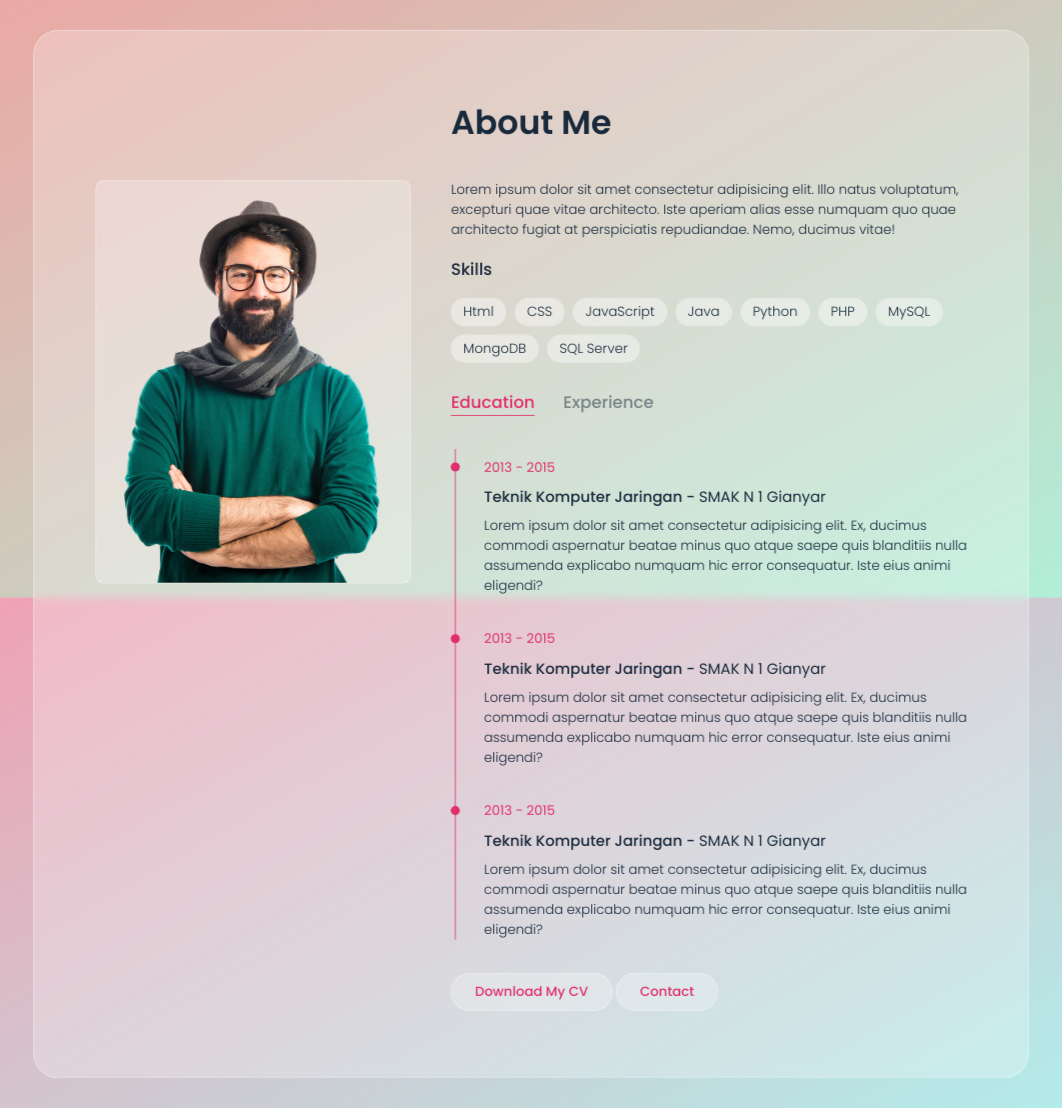
Repository: dewaary/Glassmorp-me
Page: index.html
An editor plug-in stored every save of this project. The page is shown before and after the next save, followed by the edit.
The browser window is 1280 px wide. The pictures show the whole page, at 83% of full size.
Backgrounds fixed to the window are drawn as part of the page.

Above is the page before, as saved 2021-05-25 23:20:43.
Not found: js/script,js

### index.html
<!DOCTYPE html>
<html lang="en">

<head>
    <meta charset="UTF-8">
    <meta http-equiv="X-UA-Compatible" content="IE=edge">
    <meta name="viewport" content="width=device-width, initial-scale=1.0">
    <link rel="stylesheet" href="style.css">
    <title>Document</title>
</head>

<body>
    <div class="main">
        <section class="home-section align-items-center hidden">
            <div class="container">
                <div class="row align-items-center">
                    <div class="home-text">
                        <p>Hello, I'm</p>
                        <h1>Dewa Ari</h1>
                        <h2>Full-Stack Web Developer</h2>
                        <a href="#" class="btn">more about me</a>
                        <a href="#" class="btn">portfolio</a>
                    </div>
                    <div class="home-img">
                        <div class="img-box">
                            <img src="img/profile-img.png" alt="profile-img">
                        </div>
                    </div>
                </div>
            </div>
        </section>

        <!-- About Section -->
        <section class="about-section sec-padding">
            <div class="container">
                <div class="row">
                    <div class="section-title">
                        <h2>About me</h2>
                    </div>
                </div>
                <div class="row">
                    <div class="about-img">
                        <div class="img-box">
                            <img src="img/about-img.png" alt="About Image">
                        </div>
                    </div>
                    <div class="about-text">
                        <p>Lorem ipsum dolor sit amet consectetur adipisicing elit. Illo natus voluptatum, excepturi
                            quae vitae architecto. Iste aperiam alias esse numquam quo quae architecto fugiat at
                            perspiciatis repudiandae. Nemo, ducimus vitae!</p>
                        <h3>Skills</h3>
                        <div class="skills">
                            <div class="skill-item">Html</div>
                            <div class="skill-item">CSS</div>
                            <div class="skill-item">JavaScript</div>
                            <div class="skill-item">Java</div>
                            <div class="skill-item">Python</div>
                            <div class="skill-item">PHP</div>
                            <div class="skill-item">MySQL</div>
                            <div class="skill-item">MongoDB</div>
                            <div class="skill-item">SQL Server</div>
                        </div>

                        <div class="about-tabs">
                            <button type="button" class="tab-item active" data-target="#education">Education</button>
                            <button type="button" class="tab-item" data-target="#experience">Experience</button>
                        </div>
                        <!-- Education Start -->
                        <div class="tab-content active" id="education">
                            <div class="timeline">
                                <div class="timeline-item">
                                    <span class="date">2013 - 2015</span>
                                    <h4>Teknik Komputer Jaringan - <span>SMAK N 1 Gianyar</span></h4>
                                    <p>Lorem ipsum dolor sit amet consectetur adipisicing elit. Ex, ducimus commodi
                                        aspernatur beatae minus quo atque saepe quis blanditiis nulla assumenda
                                        explicabo numquam hic error consequatur. Iste eius animi eligendi?</p>
                                </div>
                                <div class="timeline-item">
                                    <span class="date">2013 - 2015</span>
                                    <h4>Teknik Komputer Jaringan - <span>SMAK N 1 Gianyar</span></h4>
                                    <p>Lorem ipsum dolor sit amet consectetur adipisicing elit. Ex, ducimus commodi
                                        aspernatur beatae minus quo atque saepe quis blanditiis nulla assumenda
                                        explicabo numquam hic error consequatur. Iste eius animi eligendi?</p>
                                </div>
                                <div class="timeline-item">
                                    <span class="date">2013 - 2015</span>
                                    <h4>Teknik Komputer Jaringan - <span>SMAK N 1 Gianyar</span></h4>
                                    <p>Lorem ipsum dolor sit amet consectetur adipisicing elit. Ex, ducimus commodi
                                        aspernatur beatae minus quo atque saepe quis blanditiis nulla assumenda
                                        explicabo numquam hic error consequatur. Iste eius animi eligendi?</p>
                                </div>
                            </div>
                        </div>
                        <!-- Education End -->


                        <!-- Experince Start -->
                        <div class="tab-content" id="experience">
                            <div class="timeline">
                                <div class="timeline-item">
                                    <span class="date">2013 - 2016</span>
                                    <h4>Web Developer - <span>The Web Shala</span></h4>
                                    <p>Lorem ipsum dolor sit amet consectetur adipisicing elit. Et blanditiis,
                                        voluptates eum quibusdam voluptatibus sed accusamus officia iusto rem, esse
                                        harum ipsum suscipit eos assumenda nulla enim distinctio nostrum tempora!</p>
                                </div>
                                <div class="timeline-item">
                                    <span class="date">2013 - 2016</span>
                                    <h4>Web Developer - <span>The Web Shala</span></h4>
                                    <p>Lorem ipsum dolor sit amet consectetur adipisicing elit. Et blanditiis,
                                        voluptates eum quibusdam voluptatibus sed accusamus officia iusto rem, esse
                                        harum ipsum suscipit eos assumenda nulla enim distinctio nostrum tempora!</p>
                                </div>
                                <div class="timeline-item">
                                    <span class="date">2013 - 2016</span>
                                    <h4>Web Developer - <span>The Web Shala</span></h4>
                                    <p>Lorem ipsum dolor sit amet consectetur adipisicing elit. Et blanditiis,
                                        voluptates eum quibusdam voluptatibus sed accusamus officia iusto rem, esse
                                        harum ipsum suscipit eos assumenda nulla enim distinctio nostrum tempora!</p>
                                </div>

                            </div>
                        </div>

                        <!-- Experience End -->
                        <a href="#" class="btn">Download my CV</a>
                        <a href="#" class="btn">Contact</a>

                    </div>
                </div>
            </div>
        </section>

    </div>
    <script src="js/script,js"></script>
</body>

</html>

### style.css
/* Fonts */
@import url("https://fonts.googleapis.com/css2?family=Poppins:wght@300;400;500;600;700&display=swap");

/* Variables */

:root {
  --main-color: #e02f6b;
  --blue: #0000ff;
  --blue-dark: #18293c;
  --orange: #ffa500;
  --green-yellow: #cddc39;
  --pink-light: #efa2b4;
  --cyan-light: #aef1ee;
  --white: #ffffff;
  --white-alpha-40: rgba(255, 255, 255, 0.4);
  --white-alpha-25: rgba(255, 255, 255, 0.25);
  --backdrop-filter-blur: blur(5px);
}

* {
  box-sizing: border-box;
  padding: 0;
  margin: 0;
  outline: none;
}

::before,
::after {
  box-sizing: border-box;
}

body {
  min-height: 100vh;
  background-image: linear-gradient(
    to bottom right,
    var(--pink-light),
    var(--cyan-light)
  );
  background-attachment: fixed;
  font-size: 16px;
  font-family: "Poppins", sans-serif;
  font-weight: 300;
  color: var(--blue-dark);
  line-height: 1.5;
  overflow-x: hidden;
  -webkit-tap-highlight-color: transparent;
  padding: 5vh 15px;
}

body::before {
  content: "";
  position: fixed;
  left: 0;
  top: 0;
  height: 100%;
  width: 100%;
  background-color: var(--green-yellow);
  z-index: -1;
  opacity: 0.12;
}

a {
  text-decoration: none;
}

h1,
h2 {
  font-weight: 600;
}

h3,
h4,
h5,
h6 {
  font-weight: 500;
}

img {
  max-width: 100%;
  vertical-align: middle;
}

section {
  background-color: var(--white-alpha-25);
  border: 1px solid var(--white-alpha-40);
  min-height: 90vh;
  border-radius: 30px;
  backdrop-filter: var(--backdrop-filter-blur);
}

.main {
  max-width: 1200px;
  margin: auto;
}

.row {
  display: flex;
  flex-wrap: wrap;
}

.container {
  padding: 0 40px;
  width: 100%;
}

.align-items-center {
  align-items: center;
}

.hidden {
  display: none !important;
}

.sec-padding {
  padding: 80px 0;
}

/* Section Tittle */
.section-title {
  padding: 0 15px;
  width: 100%;
  text-align: center;
  margin-bottom: 40px;
}

.section-title h2 {
  font-size: 40px;
  text-transform: capitalize;
}

/* Custome Scroolbar */

::-webkit-scrollbar {
  width: 5px;
}

::-webkit-scrollbar-track {
  background-color: var(--white);
}

::-webkit-scrollbar-thumb {
  background-color: var(--main-color);
}

/*
Buttons */

button {
  font-family: inherit;
  user-select: none;
}

.btn {
  line-height: 1.5;
  background-color: var(--white-alpha-25);
  border: 1px solid var(--white-alpha-40);
  padding: 10px 28px;
  display: inline-block;
  border-radius: 30px;
  color: var(--main-color);
  font-weight: 500;
  text-transform: capitalize;
  font-family: inherit;
  font-size: 16px;
  cursor: pointer;
  user-select: none;
  position: relative;
  overflow: hidden;
  vertical-align: middle;
  transition: width 0.3s ease;
}

.btn::before {
  content: "";
  position: absolute;
  left: 0;
  top: 0;
  height: 100%;
  width: 0%;
  background-color: var(--main-color);
  z-index: -1;
  transition: width 0.3s ease;
}

.btn:hover::before {
  width: 100%;
}
.btn:hover {
  color: var(--white);
}

/*
Home Section */

.home-section {
  display: flex;
  padding: 120px 0;
}

.home-text,
.home-img {
  width: 50%;
  padding: 15px;
}

.home-text p {
  font-size: 15px;
}

.home-text h2 {
  font-size: 20px;
  text-transform: capitalize;
  font-weight: 300;
  margin: 0 0 30px;
}

.home-text .btn {
  margin: 0 15px 15px 0;
}

.home-text h1 {
  font-size: 50px;
  text-transform: capitalize;
}

.home-img .img-box {
  max-width: 360px;
  background-color: var(--white-alpha-25);
  border-radius: 50%;
  background-color: var(--white-alpha-25);
  margin: auto;
}

.home-img .img-box img {
  width: 100%;
  border-radius: 50%;
}

/* About Section */

.about-img {
  width: 40%;
  padding: 0 15px;
}

.about-text {
  width: 60%;
  padding: 0 15px;
}

.about-img .img-box {
  background-color: var(--white-alpha-25);
  max-width: 380px;
  border: 1px solid var(--white-alpha-40);
  margin: auto;
  border-radius: 10px;
}

.about-img .img-box img {
  width: 100%;
}

.about-text h3 {
  text-transform: capitalize;
  font-size: 20px;
  margin: 20px 0;
}

.about-text .skills {
  display: flex;
  flex-wrap: wrap;
}

.about-text .skill-item {
  background-color: var(--white-alpha-25);
  background-color: var(--white-alpha-40);
  padding: 5px 15px;
  text-transform: capitalize;
  margin: 0 10px 10px 0;
  border-radius: 20px;
}

.about-tabs {
  margin-top: 20px;
}

.about-tabs .tab-item {
  padding: 2px 0;
  background-color: transparent;
  border: none;
  text-transform: capitalize;
  display: inline-block;
  color: var(--blue-dark);
  cursor: pointer;
  font-size: 20px;
  font-weight: 500;
  margin: 0 30px 0 0;
  position: relative;
  opacity: 0.5;
  transition: all 0.3s ease;
}

.about-tabs .tab-item:last-child {
  margin: 0;
}

.about-tabs .tab-item::before {
  content: "";
  position: absolute;
  left: 0;
  bottom: 0;
  width: 0%;
  height: 1px;
  background-color: var(--blue-dark);
  transition: width 0.3s ease;
}

.about-tabs .tab-item:hover::before {
  width: 100%;
}

.about-tabs .tab-item.active::before {
  width: 100%;
  background-color: var(--main-color);
}

.about-tabs .tab-item.active {
  color: var(--main-color);
  opacity: 1;
  cursor: auto;
}

.about-text .timeline{
  position: relative;
}

.about-text .timeline::before{
  content: '';
  position: absolute;
  height: 100%;
  width: 1px;
  top: 0;
  left: 5px;
  background-color: var(--main-color);
}

.about-text .tab-content {
  padding: 40px 0;
  display: none;
}

.about-text .tab-content.active {
  display: block;
}

.about-text .timeline-item {
  margin-bottom: 30px;
  position: relative;
  padding: 10px 0 0 40px;
}

.about-text .timeline-item::before{
  content: '';
  position: absolute;
  height: 11px;
  width: 11px;
  top: 16px;
  left: 0;
  background-color: var(--main-color);
  border-radius: 50%;
}

.about-text .timeline-item:last-child {
  margin-bottom: 0;
}

.about-text .timeline-item .date {
  display: block;
  color: var(--main-color);
  font-weight: 400;
  margin: 0 0 10px;
}
.about-text .timeline-item h4 {
  font-size: 18px;
  text-transform: capitalize;
  margin: 0 0 10px;
}
.about-text .timeline-item h4 span {
  font-weight: 400;
}

After the next save:
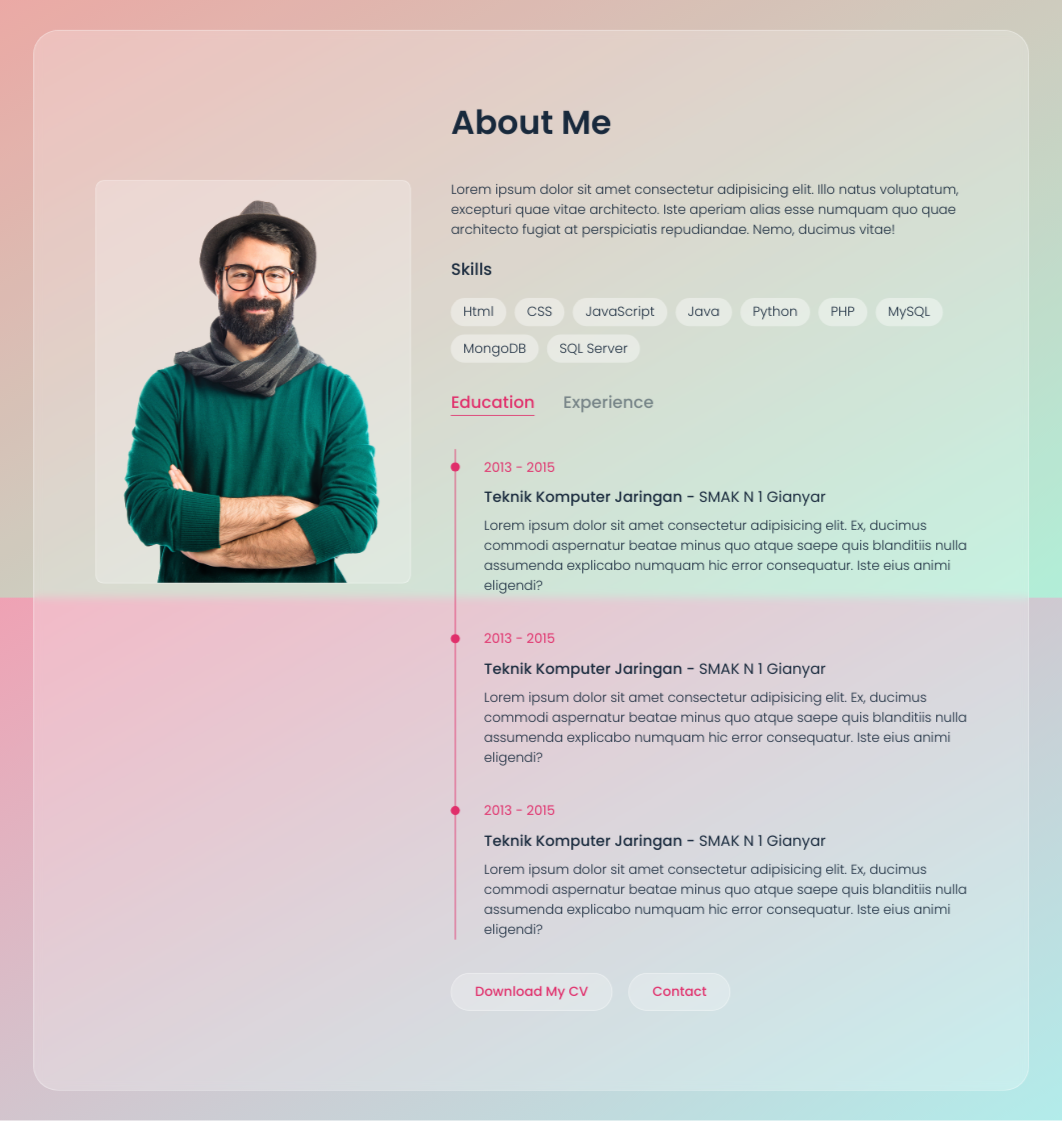
Saved 56 s later.
--- a/style.css
+++ b/style.css
@@ -388,3 +388,7 @@ Home Section */
 .about-text .timeline-item h4 span {
   font-weight: 400;
 }
+
+.about-text .btn{
+  margin: 0 15px 15px 0;
+}
